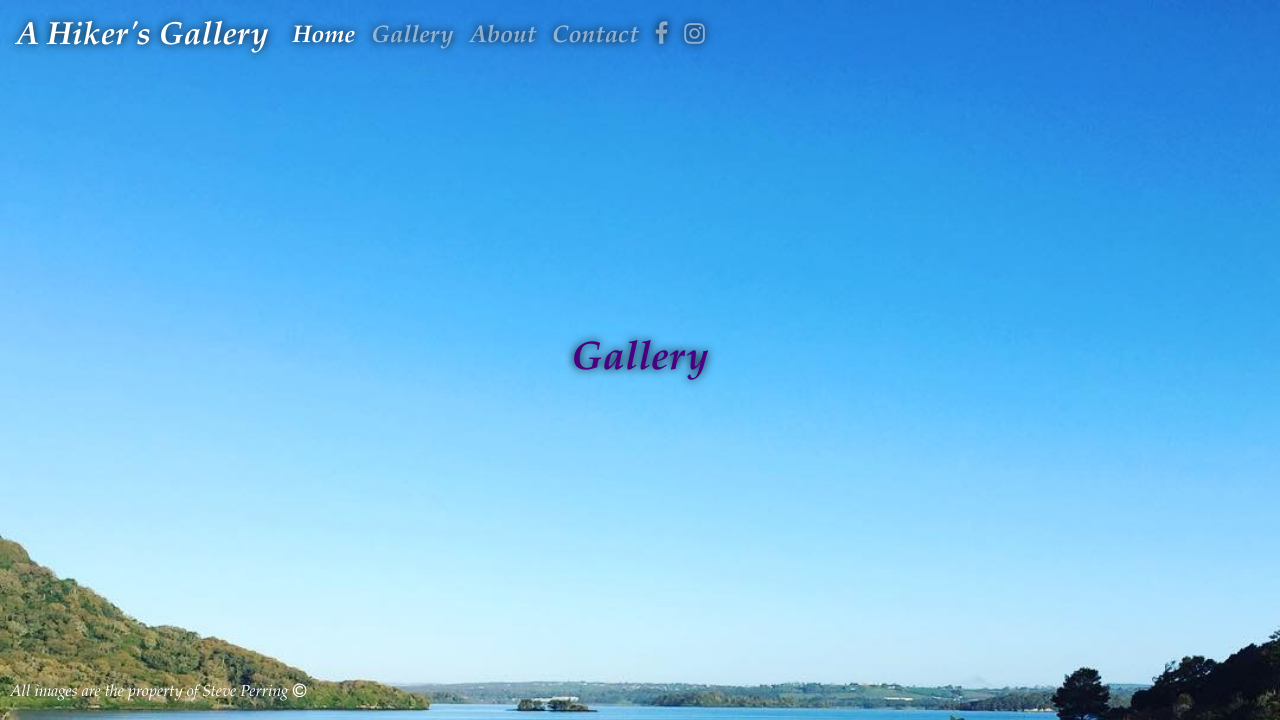
Repository: S-Perring/hiker
Page: index.html
The author's editor kept a record of every edit. The page is drawn from the files as they stood at one moment, then again after the next edit.
The browser window is 1280 px wide. The pictures show the whole page.

Above is the page before.

### index.html
<!DOCTYPE html>
<html lang="en">
<head>
    <meta charset="UTF-8">
    <meta name="viewport" content="width=device-width, initial-scale=1.0">
    <meta http-equiv="X-UA-Compatible" content="ie=edge">
    <link rel="stylesheet" href="https://stackpath.bootstrapcdn.com/bootstrap/4.3.1/css/bootstrap.min.css" type="text/css" />
    <link rel="stylesheet" href="https://stackpath.bootstrapcdn.com/font-awesome/4.7.0/css/font-awesome.min.css" type="text/css" />
    <link rel="stylesheet" href="https://cdnjs.cloudflare.com/ajax/libs/font-awesome/4.7.0/css/font-awesome.min.css">
    <link rel="stylesheet" href="css/style.css" type="text/css" />
    <title>Hiker's Gallery</title>
</head>

<body>

<header>
  <nav class="navbar fixed-top navbar-expand-sm navbar-dark scrolling-navbar">
    <a class="navbar-brand" href="#"><strong>A Hiker's Gallery</strong></a>
    <button class="navbar-toggler" type="button" data-toggle="collapse" data-target="#navbarSupportedContent"
      aria-controls="navbarSupportedContent" aria-expanded="false" aria-label="Toggle navigation">
      <span class="navbar-toggler-icon"></span>
    </button>
    <div class="collapse navbar-collapse" id="navbarSupportedContent">
      <ul class="navbar-nav">
        <li class="nav-item active">
          <a class="nav-link" href="index.html">Home <span class="sr-only">(current)</span></a>
        </li>
        <li class="nav-item">
          <a class="nav-link" href="gallery.html">Gallery</a>
        </li>
        <li class="nav-item">
          <a class="nav-link" href="about.html">About</a>
        </li>
        <li class="nav-item">
          <a class="nav-link" href="contact">Contact</a>
        </li>
      </ul>
      <ul class="navbar-nav nav-flex-icons">
        <li class="nav-item">
          <a class="nav-link"><i class="fa fa-facebook"></i></a>
        </li>
        <li class="nav-item">
          <a class="nav-link"><i class="fa fa-instagram"></i></a>
        </li>
      </ul>
    </div>
  </nav>

</header>

<section>
    <div class="main-pic">

        <div>
            <a class="explore" href="gallery.html">Gallery</a>
        </div>
    </div>


</section>

<footer class="fixed-bottom">
   <p>All images are the property of Steve Perring  <i class="fa fa-copyright"></i></p>
</footer>

    <script src="https://code.jquery.com/jquery-3.3.1.slim.min.js"></script>
    <script src="https://cdnjs.cloudflare.com/ajax/libs/popper.js/1.14.7/umd/popper.min.js"></script>
    <script src="https://stackpath.bootstrapcdn.com/bootstrap/4.3.1/js/bootstrap.min.js"></script>

</body>

</html>

### css/style.css
@import url('https://fonts.googleapis.com/css?family=Roboto:100,200,300,400,500,600,700|Exo:100,200,300,400,500,600,700');


.nav-link {
    font-family: Garamond;
    font-style: italic;
    font-size: 1.5em;
    font-weight: bolder;
}


.main-pic {
    background-image: url(../css/images/IMG_5437.JPG);
    background-size: cover;
    max-width: 100%;
    height: 100vh;
    padding: 0;
    display: flex;
    align-items: center;
    justify-content: center;
    position: relative;
    background-repeat: no-repeat;

}


.navbar-brand {
    font-family: Garamond;
    font-size: 2em;
    font-style: italic;
}

.explore {
    font-family: Garamond;
    text-align: center;
    font-style: italic;
    font-size: 2.5em;
    font-weight: bolder;
    color: #4B0082;

}


a {
    text-shadow: 0 0 10px black;
}

footer {
    padding-left: 10px;
    position: relative;
    font-family: Garamond;
    font-style: italic;
    color: #fff;
    font-size: 1em;
}

a:hover {
  text-decoration: none;
  color: #fff;
  transition: 1s;

}

.navbar {
    color: #fff;
}

After the next edit:
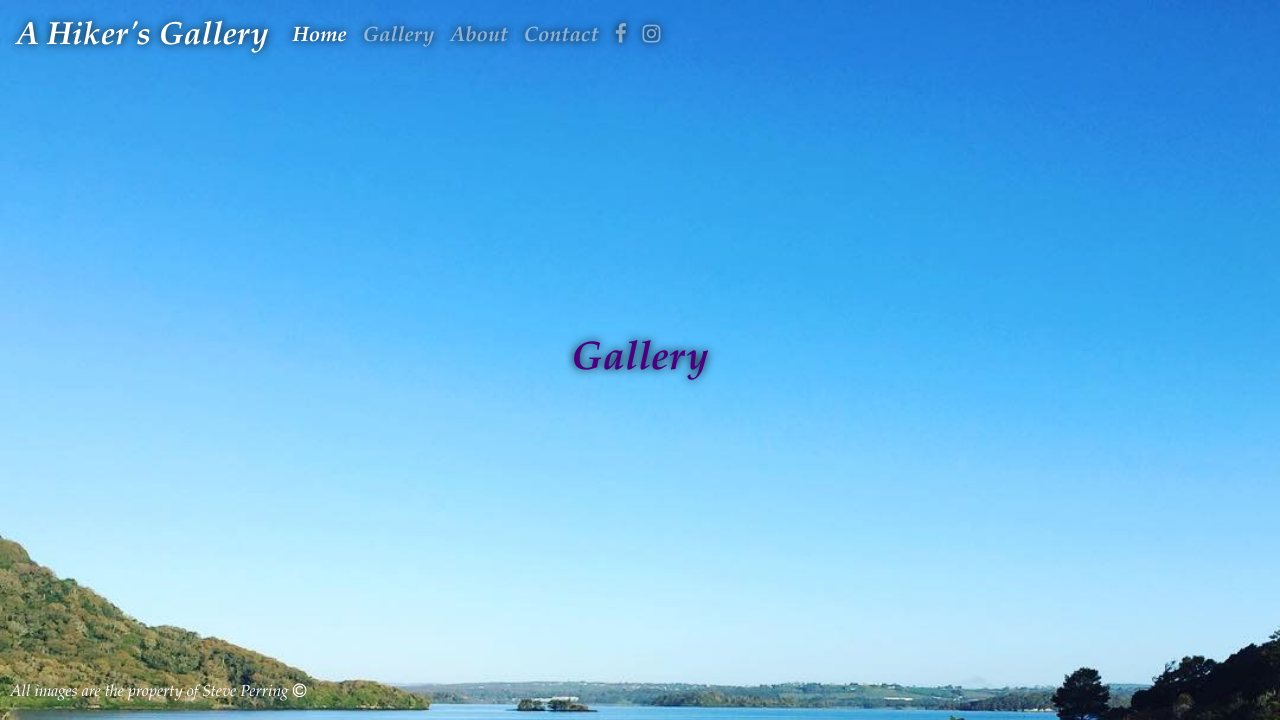
The edit:
--- a/css/style.css
+++ b/css/style.css
@@ -4,8 +4,8 @@
 .nav-link {
     font-family: Garamond;
     font-style: italic;
-    font-size: 1.5em;
-    font-weight: bolder;
+    font-size: 1.3em;
+    font-weight: bold;
 }
 
 
